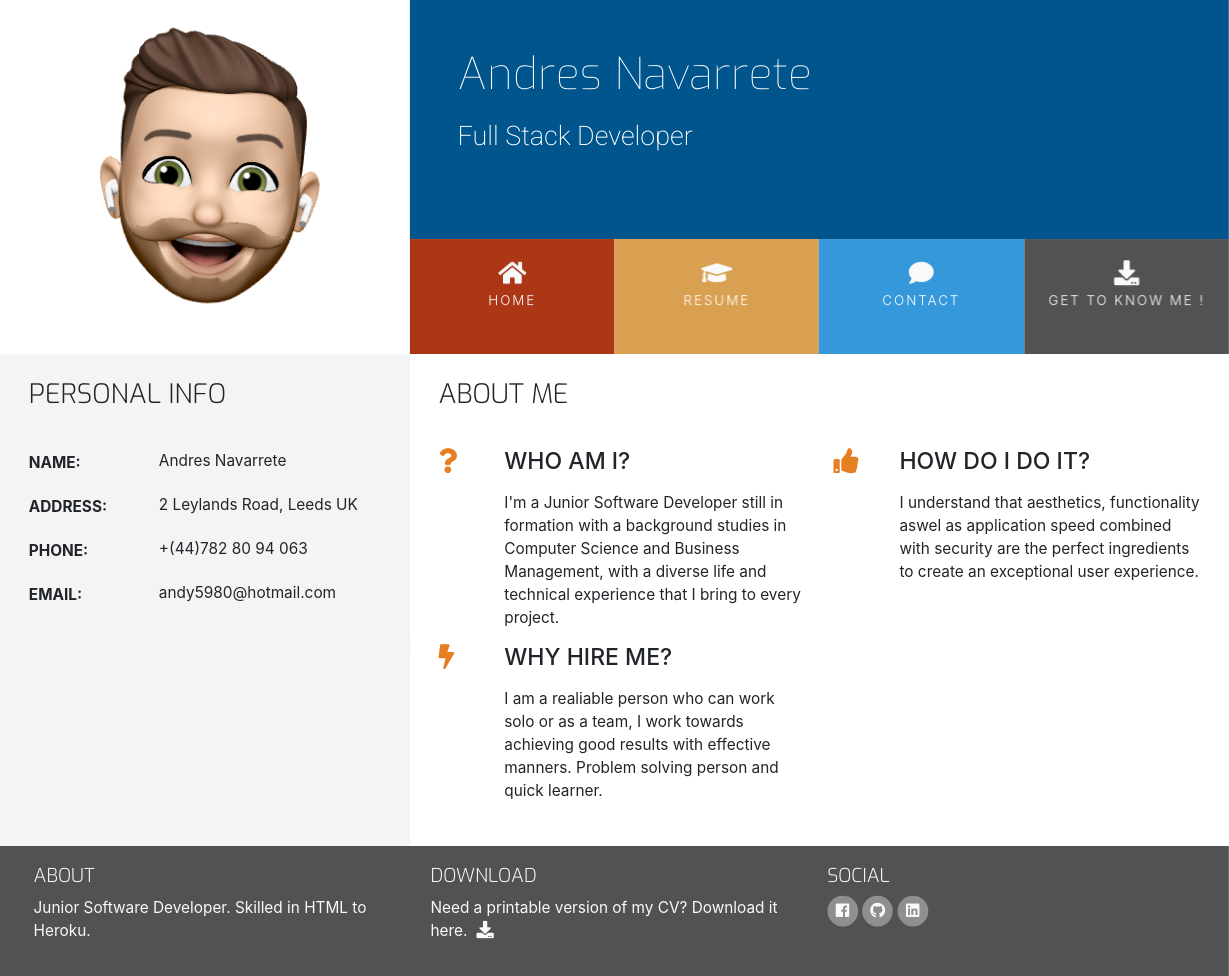
Repository: andna5980/cloud9-workspace
Page: index.html
The author's editor kept a copy of each file at every save. The page is drawn from the files as they stood at one save, then again after the next save.
The browser window is 1280 px wide. The pictures show the whole page, at 96% of full size.
Some icons come from a web library that is not loaded, so they are not drawn. Some web libraries are served in a nearby version.

Above is the page before, as saved 2022-04-24 12:15:32.

After the next save:
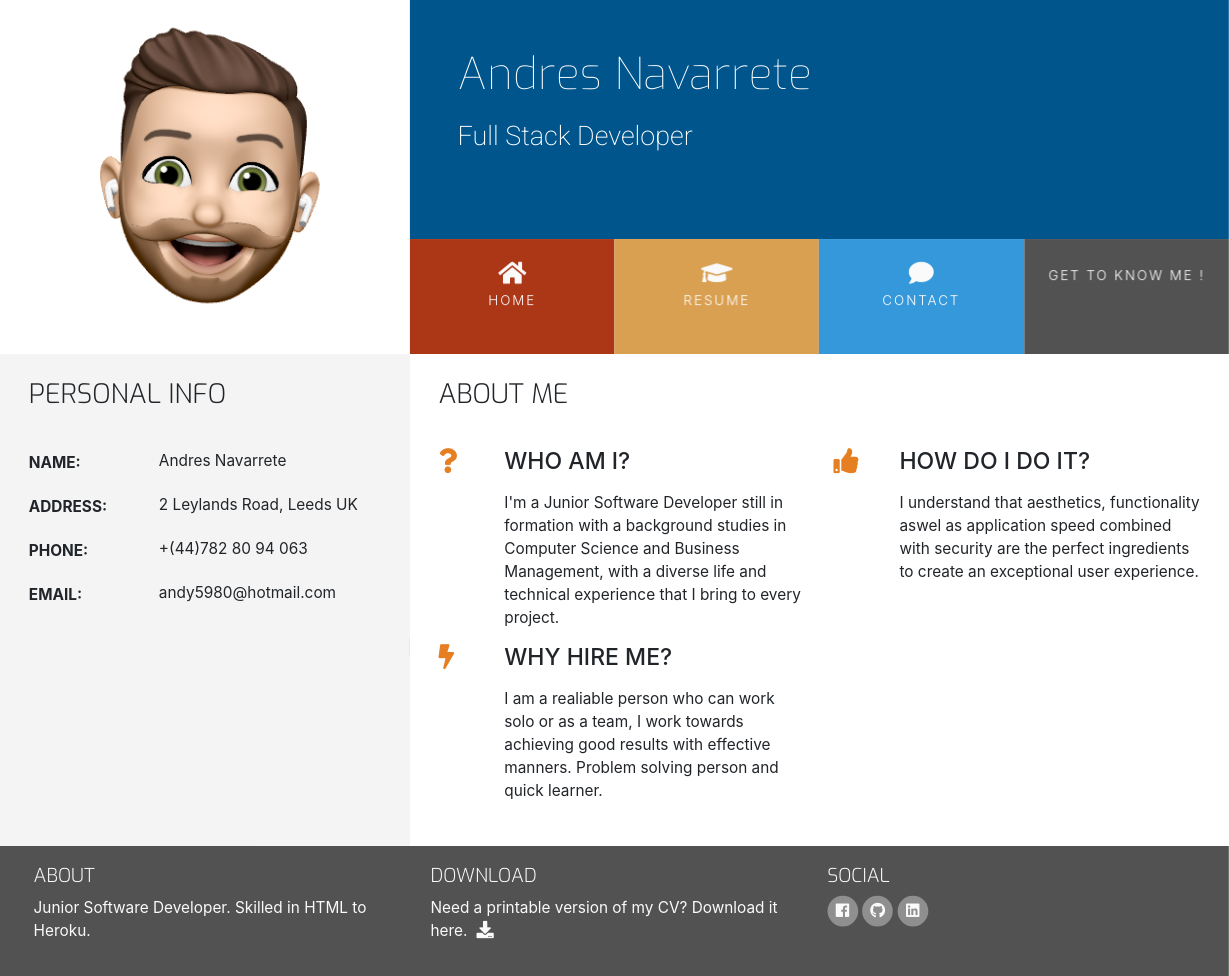
Saved 63 s later.
--- a/index.html
+++ b/index.html
@@ -43,7 +43,7 @@
                                         aria-hidden="true"></i><span>Contact</span></a>
                             </li>
                             <li class="col-6 col-sm-3 ui-menu-color-download list-inline-item menuitem">
-                                <a href="https://chats.landbot.io/v3/H-1223319-CFWOQLCQKLJZC8VA/index.html" target="_blank" class="hvr-sweep-to-bottom"><i class="fa fa-download"
+                                <a href="https://chats.landbot.io/v3/H-1223319-CFWOQLCQKLJZC8VA/index.html" target="_blank" class="hvr-sweep-to-bottom"><i class="fa fa-message-question"
                                         aria-hidden="true"></i><span>Get to know me !</span></a>
                             </li>
                         </ul>
